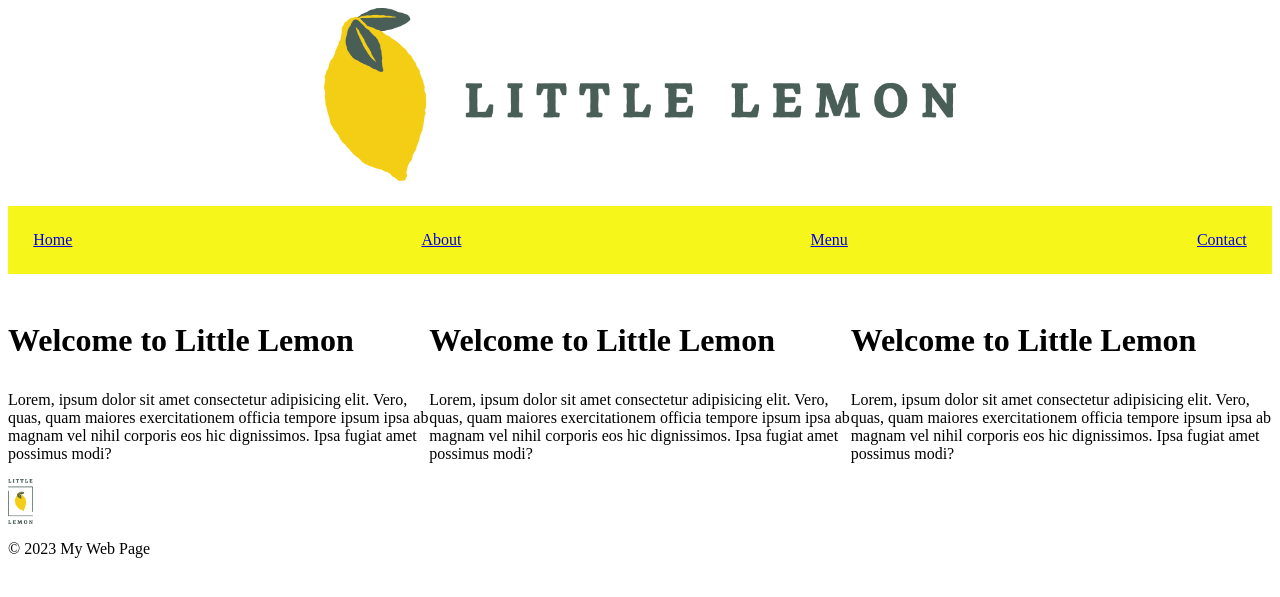
Repository: Yeshwanth-189/meta-html-css
Page: index.html
These files come from the project's save history. The page is drawn as it stood at one moment and after the next save; the edit follows.
The browser window is 1280 px wide. The pictures show the whole page.

Above is the page before, as saved 2025-04-21 15:29:12.

After the next save:
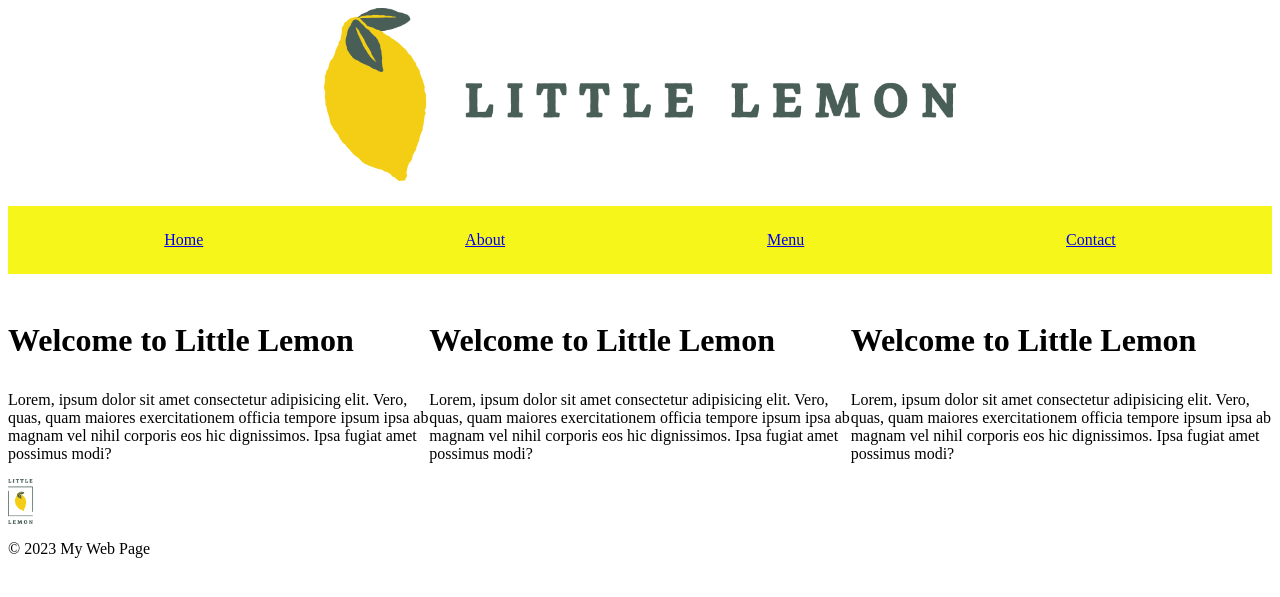
Saved 87 s later.
--- a/styles.css
+++ b/styles.css
@@ -25,9 +25,8 @@
   text-align: center;
   padding: 2%;
   background-color: rgb(246, 246, 27);
-  color: black;
   display: flex;
-  justify-content: space-between;
+  justify-content: space-around;
 }
 nav li {
   display: inline-block;
